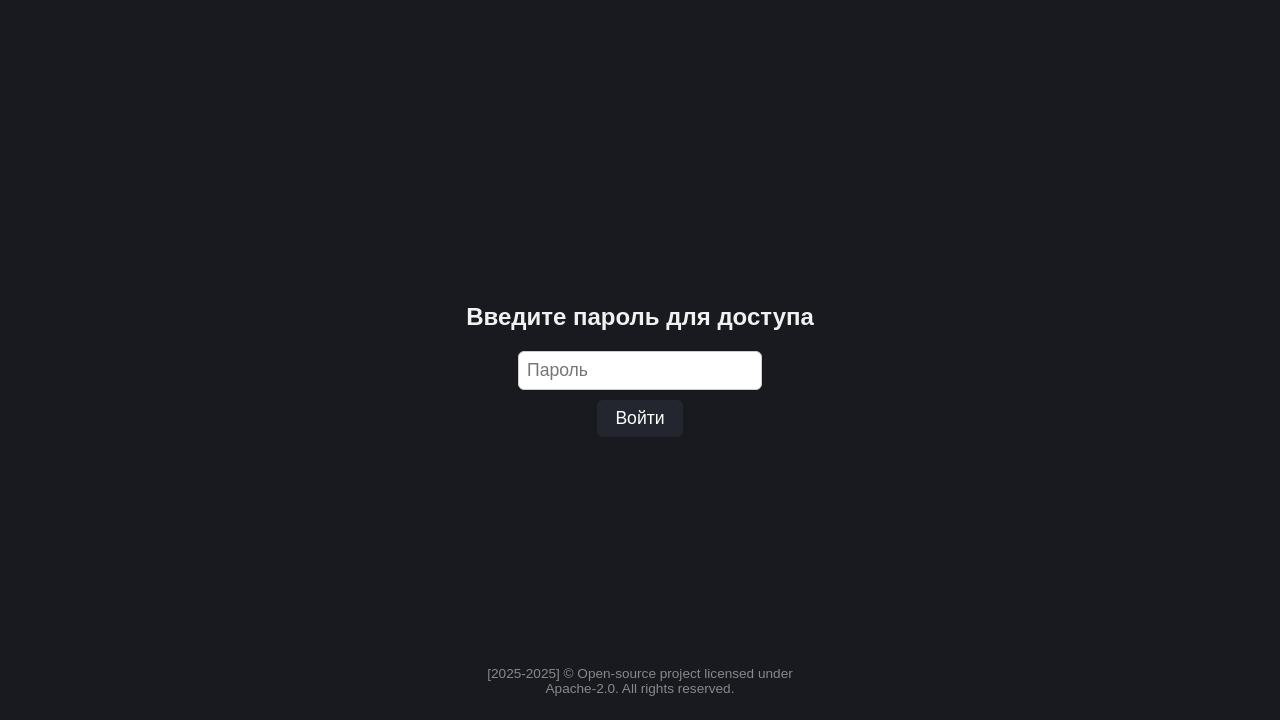
Repository: oncube-dev/OnCube-dev_website
Page: files_for_hosting/html_plus_js.version/index.html
The author's editor kept a copy of each file at every save. The page is drawn from the files as they stood at one save, then again after the next save.
The browser window is 1280 px wide. The pictures show the whole page.
The page's requests for data from a server got no answer.

Above is the page before, as saved 2025-07-28 14:31:01.

After the next save:
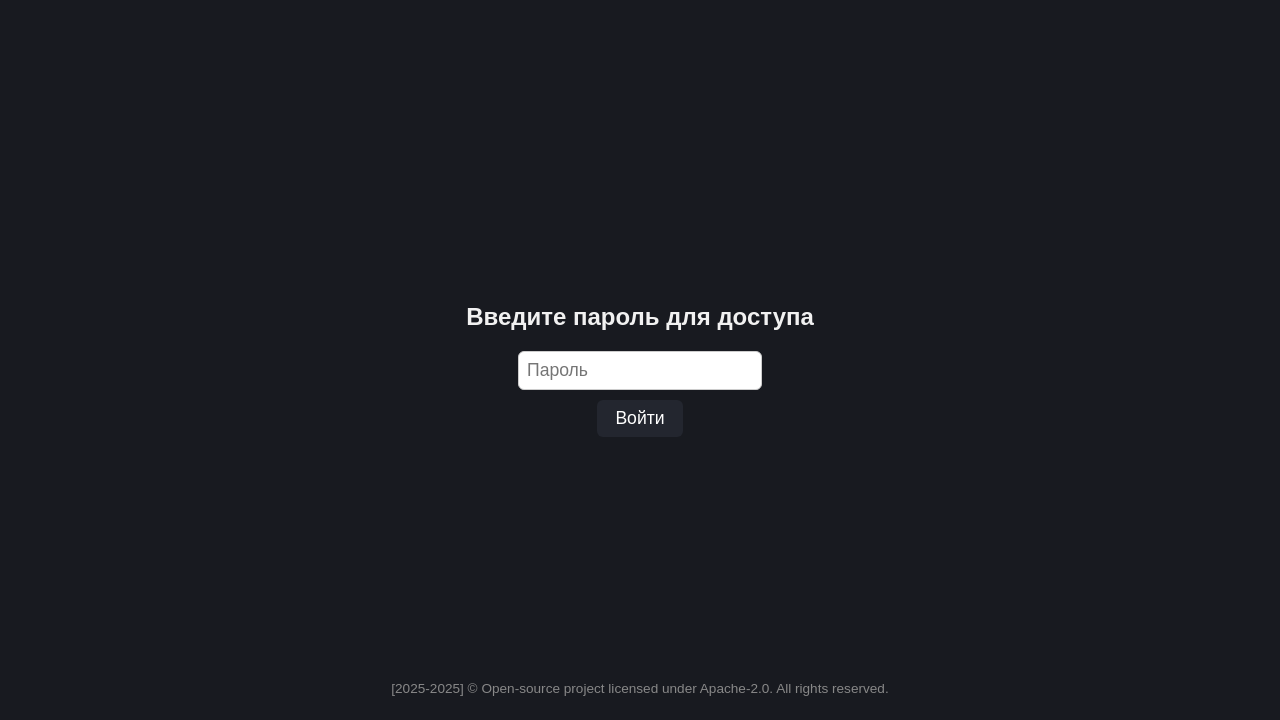
Saved 108 s later.
--- a/files_for_hosting/html_plus_js.version/index.html
+++ b/files_for_hosting/html_plus_js.version/index.html
@@ -25,7 +25,6 @@
         <input type="password" id="password-input" placeholder="Пароль" style="padding:8px; font-size:1.1em; margin-bottom:10px; border-radius:6px; border:1px solid #ccc;">
         <button id="login-btn" style="padding:8px 18px; font-size:1.1em; border-radius:6px; border:none; background:#23262f; color:#fff; cursor:pointer;">Войти</button>
         <div id="auth-error" style="color:#d32f2f; margin-top:10px; display:none;">Неверный пароль!</div>
-        <div id="auth-copyright">[2025-2025] © Open-source project licensed under Apache-2.0. All rights reserved.</div>
     </div>
     <div id="main-content" style="display:none;">
         <div class="timer-container">
@@ -35,9 +34,9 @@
         <button id="theme-toggle" class="theme-toggle-btn" title="Переключить тему">🌙</button>
         <footer class="footer-note">
             Все права на представленный контент принадлежат <a href="https://www.youtube.com/@PolimerS" target="_blank" style="text-decoration:underline;">PolimerS</a> & <a href="https://github.com/oncube-dev" target="_blank" style="text-decoration:underline;">Oncube</a> ⋅ Сайт сделал <a href="https://vobi.bio.link/" target="_blank" style="text-decoration:underline;">Vobi</a> с любовью 💚
-            </div>
         </footer>
     </div>
+    <div id="auth-copyright">[2025-2025] © Open-source project licensed under Apache-2.0. All rights reserved.</div>
     <script>
         const API_KEY = 'AIzaSyD_5JR2KFtfjfmsiwnueCyyJkvWOh__aOI';
         const CHANNEL_ID = 'UCACwRQLU0Bq5yxijfnBPRfQ';
